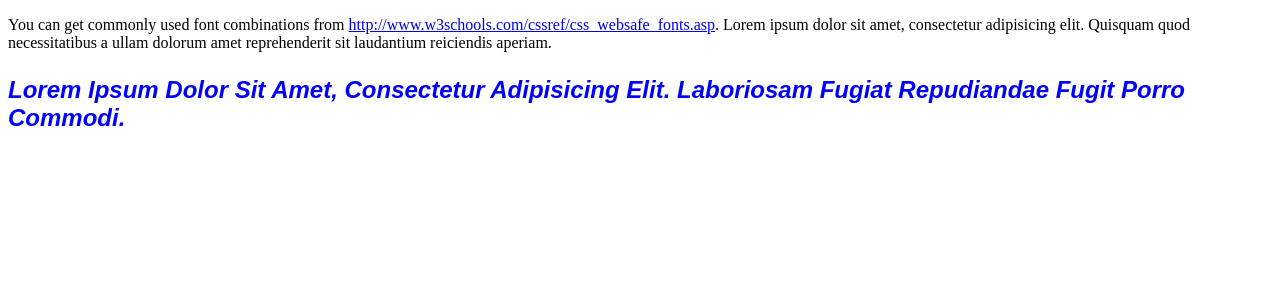
Repository: Aakarshit-Sharma19/Basic-HTML-and-CSS-Page-
Page: test.html
An editor plug-in stored every save of this project. The page is shown before and after the next save, followed by the edit.
The browser window is 1280 px wide. The pictures show the whole page.

Above is the page before, as saved 2020-11-08 11:41:04.

After the next save:
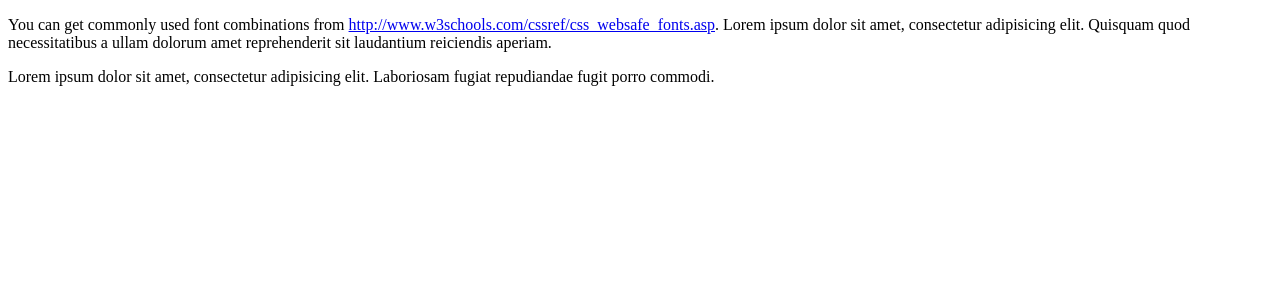
Saved 2 days later.
--- a/test.html
+++ b/test.html
@@ -4,17 +4,19 @@
 <meta charset="utf-8">
 <title>Styling Text</title>
 <style>
-.style {
-    font-family: Arial, Helvetica, sans-serif;
-    color: blue;
-    font-style: italic;
-    font-weight: bold;
-    font-size: 24px;
-    text-transform: capitalize;
+.nav {
+    position: sticky;
+    top: 0%;
+    bottom: 0%;
 }
 </style>
 </head>
 <body>
+<header>
+    <nav>
+
+    </nav>
+</header>
 <p>You can get commonly used font combinations from <a href="http://www.w3schools.com/cssref/css_websafe_fonts.asp">http://www.w3schools.com/cssref/css_websafe_fonts.asp</a>. Lorem ipsum dolor sit amet, consectetur adipisicing elit. Quisquam quod necessitatibus a ullam dolorum amet reprehenderit sit laudantium reiciendis aperiam. </p>
 <p class="style">Lorem ipsum dolor sit amet, consectetur adipisicing elit. Laboriosam fugiat repudiandae fugit porro commodi.</p>
 </body>
